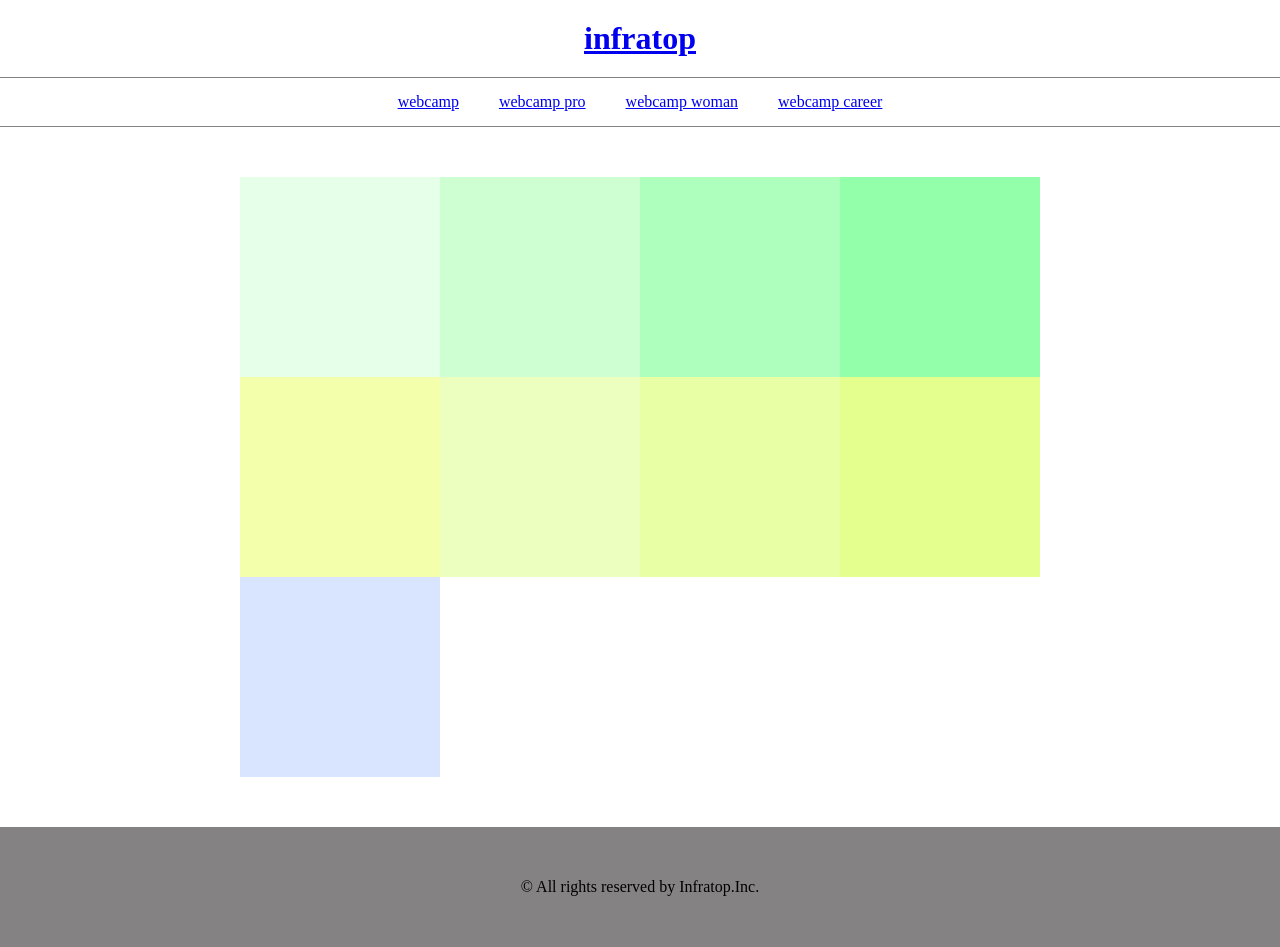
Repository: Yuya0829/HTML
Page: exercise/exercise5.html
The author's editor kept a record of every edit. The page is drawn from the files as they stood at one moment, then again after the next edit.
The browser window is 1280 px wide. The pictures show the whole page.

Above is the page before.

After the next edit:
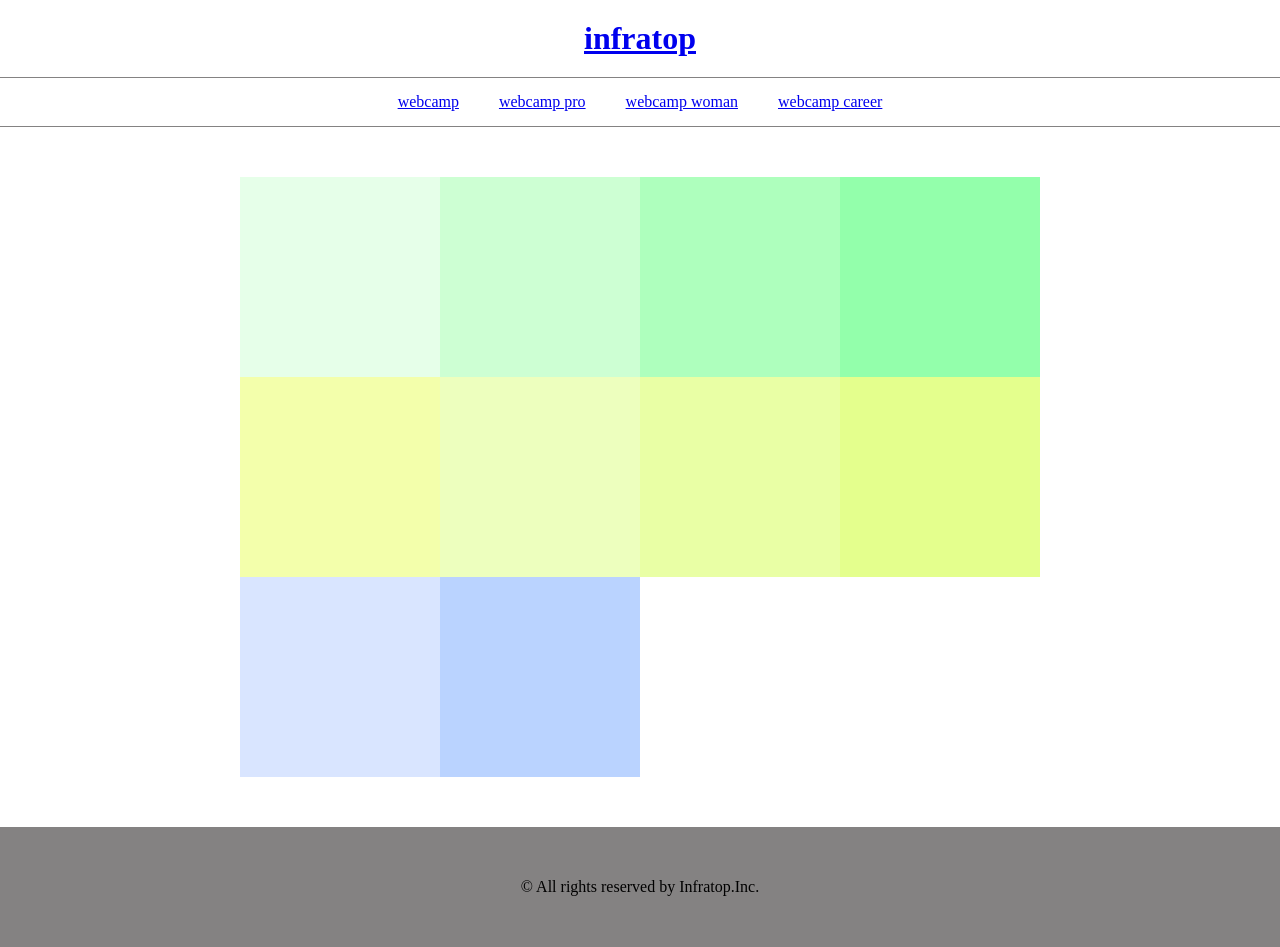
The edit:
--- a/exercise/exercise5.css
+++ b/exercise/exercise5.css
@@ -89,7 +89,7 @@
 .box10 {
   width: 200px;
   height: 200px;
-  background-color: #;
+  background-color: #bad3ff;
 }
 
 .box11 {
